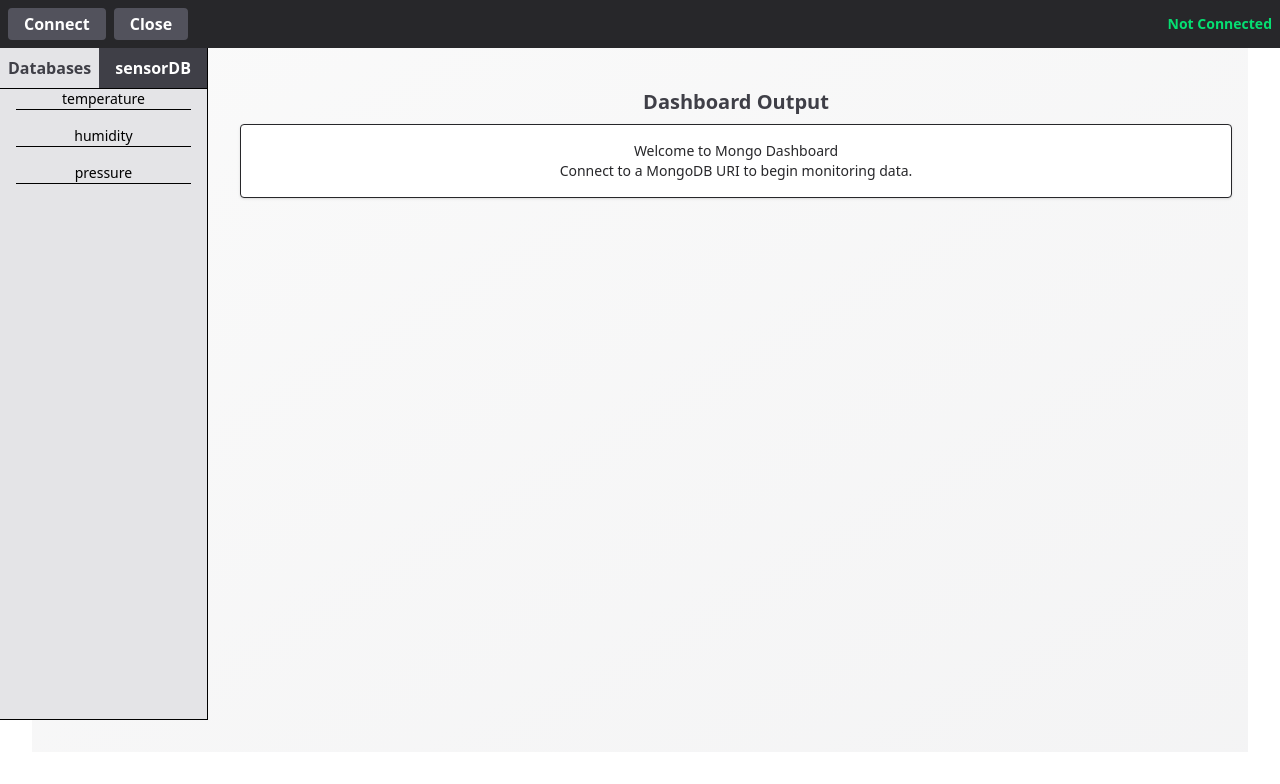
Repository: aryan151pratap/Dashboard
Page: / (app in frontened/), after clicking the first element matching `li.hover\:underline`
An editor plug-in stored every save of this project. The page is shown before and after the next save, followed by the edit.
The browser window is 1280 px wide. The pictures show the whole page.
The project was rebuilt for these pictures with package versions that can differ from the ones it lists, and the page was loaded fresh each time. Also part of the build but not shown: frontened/vite.config.js, frontened/src/component/connect.jsx.

Above is the page before, as saved 2025-06-24 14:27:38.

### frontened/index.html
<!doctype html>
<html lang="en">
  <head>
    <meta charset="UTF-8" />
    <link rel="icon" type="image/svg+xml" href="/vite.svg" />
    <meta name="viewport" content="width=device-width, initial-scale=1.0" />
    <title>Dashboard</title>
    <script src="https://cdn.jsdelivr.net/npm/@tailwindcss/browser@4"></script>

  </head>
  <body>
    <div id="root"></div>
    <script type="module" src="/src/main.jsx"></script>
  </body>
</html>

### frontened/src/App.jsx
import { useState } from 'react'
import './App.css'
import Dashboard from './component/dashboard'

function App() {

  return (
    <>
    <div className='h-screen w-full'>
      <Dashboard/>
    </div>
    </>
  )
}

export default App

### frontened/src/component/dashboard.jsx
import Bar from "./bar";

function Dashboard(){
	return(
		<>
		<div className="h-full w-full bg-gradient-to-br from-zinc-50 to-zinc-100">
			<Bar/>
		</div>
		</>
	)
}

export default Dashboard;

### frontened/src/component/bar.jsx
import { useState } from "react";
import Connect from "./connect";
import Left_bar from "./left_bar";
import Right_bar from "./right_bar";

function Bar() {
  const [buttons] = useState(["connect", "close"]);
  const [showModal, setShowModal] = useState(false);
  const [uri, setUri] = useState("");
  const [connected, setConnected] = useState(false);

  return (
    <div>
		{/* Top Navbar */}
		<div className="w-full fixed top-0 left-0 flex justify-between items-center p-2 bg-zinc-800 text-white z-10">
			<div className="flex gap-2">
			{buttons.map((i, index) => (
				<button
				key={index}
				onClick={() => i === "connect" && setShowModal(true)}
				className="capitalize font-semibold bg-zinc-600 px-4 py-1 rounded hover:bg-zinc-700"
				>
				{i}
				</button>
			))}
			</div>
			<p className="font-semibold text-green-400 text-sm">
			{connected ? "Connected" : "Not Connected"}
			</p>
		</div>

		<div className="h-screen flex flex-col">

			<Left_bar/>

			<Right_bar/>

		</div>

		{showModal && (
			<Connect
				uri={uri}
				setUri={setUri}
				setConnected={setConnected}
				setShowModal={setShowModal}
			/>
		)}
    </div>
  );
}

export default Bar;

### frontened/src/component/left_bar.jsx
import { useState } from "react";
import clusterData from "../data/clusterData";

function Left_bar(){
	const [current_database, setCurrent_database] = useState(null);

	const handle_current_database = function(i){
		setCurrent_database(i);
	}
	return(
		<>
		<div className="shrink-0 h-fit sm:h-full w-full pt-12 sm:w-fit bg-zinc-200 sm:fixed left-0 top-0 border-b sm:border-r">

			<div className="flex flex-row border-b">
				<button className={`sm:w-full sm:text-center font-bold px-2 py-2 ${current_database === null ? 'text-white bg-zinc-700' : 'text-zinc-700'}`}
				onClick={() => setCurrent_database(null)}
				>
					Databases
				</button>

				{current_database &&
					<button className={`sm:text-center font-bold px-4 py-2 ${current_database !== null ? 'text-white bg-zinc-700' : 'text-zinc-700'}`}>{current_database.name}</button>
				}
			</div>


			<ul className="px-4 text-sm flex sm:flex-col flex-row gap-4">
			{current_database ?
			<>
				{current_database.collections.map((i, index) => (
					<li className="hover:underline cursor-pointer border-b"
					// onClick={() => handle_current_database(i)}
					>
						{i}
					</li>
				))}
			</>
			:
			<>
				{clusterData.databases.map((i, index) => (
					<li className="hover:underline cursor-pointer"
					onClick={() => handle_current_database(i)}
					>
						{i.name}
					</li>
				))}
			</>
			}
			</ul>
		</div>
		</>
	)
}

export default Left_bar;

### frontened/src/component/right_bar.jsx
function Right_bar(){
	return(
		<>
		<div className="sm:ml-48 pt-14 p-4">
			<h1 className="text-xl font-bold mb-2 text-zinc-700">Dashboard Output</h1>
			<div className="bg-white p-4 border rounded shadow text-sm text-zinc-800">
			<p>Welcome to Mongo Dashboard</p>
			<p>Connect to a MongoDB URI to begin monitoring data.</p>
			</div>
		</div>
		</>
	)
}

export default Right_bar;

### frontened/src/data/clusterData.js
const clusterData = {
  name: "iotCluster",
  uri: "mongodb+srv://admin:pass@iotcluster.mongodb.net", // optional metadata
  databases: [
    {
      name: "sensorDB",
      collections: ["temperature", "humidity", "pressure"]
    },
    {
      name: "deviceLogs",
      collections: ["bootLogs", "errorLogs", "runtimeStats"]
    },
    {
      name: "statusDB",
      collections: ["uptime", "statusHistory", "batteryHealth"]
    }
  ]
};

export default clusterData;

Loaded but not shown: frontened/src/main.jsx (common file); frontened/src/App.css (common file)

After the next save:
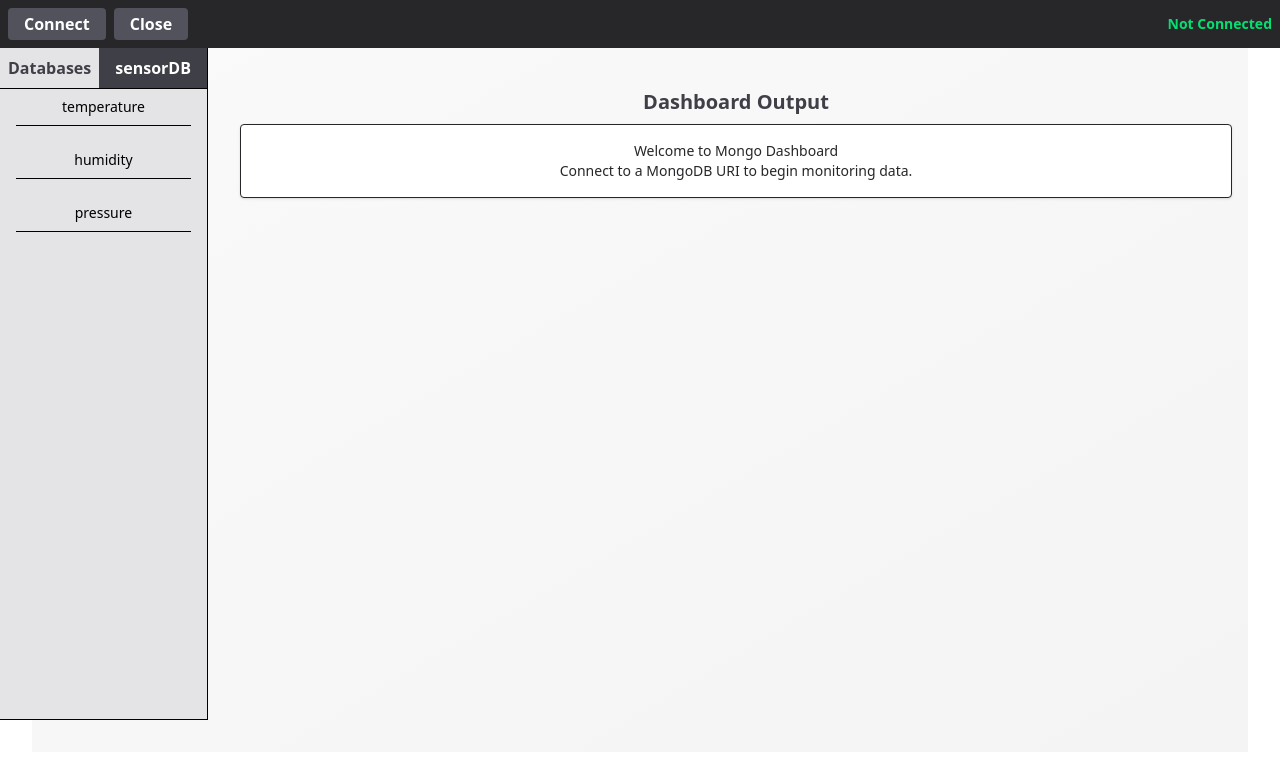
Saved 5 s later.
--- a/frontened/src/component/left_bar.jsx
+++ b/frontened/src/component/left_bar.jsx
@@ -28,7 +28,7 @@ function Left_bar(){
 			{current_database ?
 			<>
 				{current_database.collections.map((i, index) => (
-					<li className="hover:underline cursor-pointer border-b"
+					<li className="hover:underline cursor-pointer border-b py-2"
 					// onClick={() => handle_current_database(i)}
 					>
 						{i}
